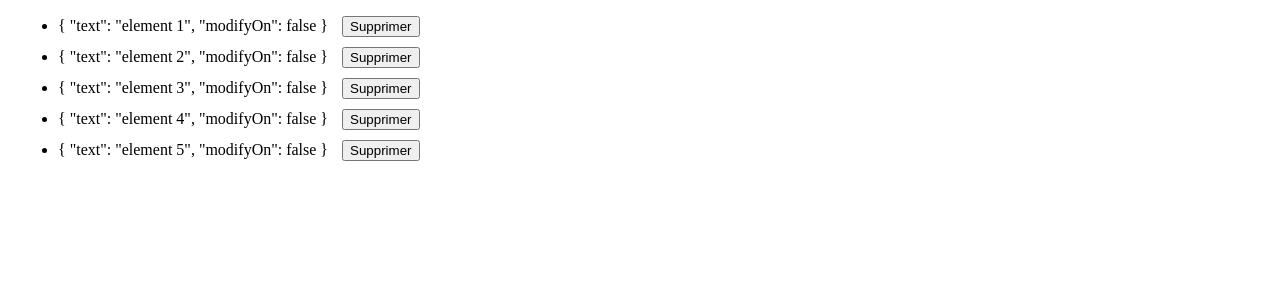
Repository: arione15/Livre_Serrion-Vue.js
Page: liste_ch3.html
The author's editor kept a copy of each file at every save. The page is drawn from the files as they stood at one save, then again after a run of saves.
The browser window is 1280 px wide. The pictures show the whole page.

Above is the page before, as saved 2021-09-07 13:39:47.

After the next 4 saves:
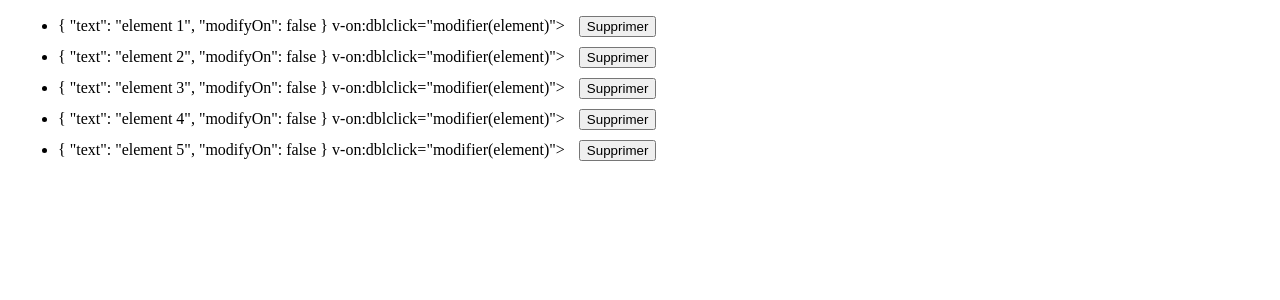
The 4 saves are shown as one change because they came seconds apart.
The last was saved 58 s later.
--- a/liste_ch3.html
+++ b/liste_ch3.html
@@ -22,9 +22,9 @@
             <div>
                 <ul>
                     <li v-for="(element, index) of elements" style="margin:10px;">
-                        <span v-if="!element.modifyOn"
+                        <span v-if="!element.modifyOn"> {{ element }} </span>
 
-                        v-on:dblclick="modifier(element)"> {{ element }} </span>
+                        v-on:dblclick="modifier(element)">
                         <button @click="supprimer(element)" style="margin-left:10px;">Supprimer</button>
                     </li>
                 </ul>
